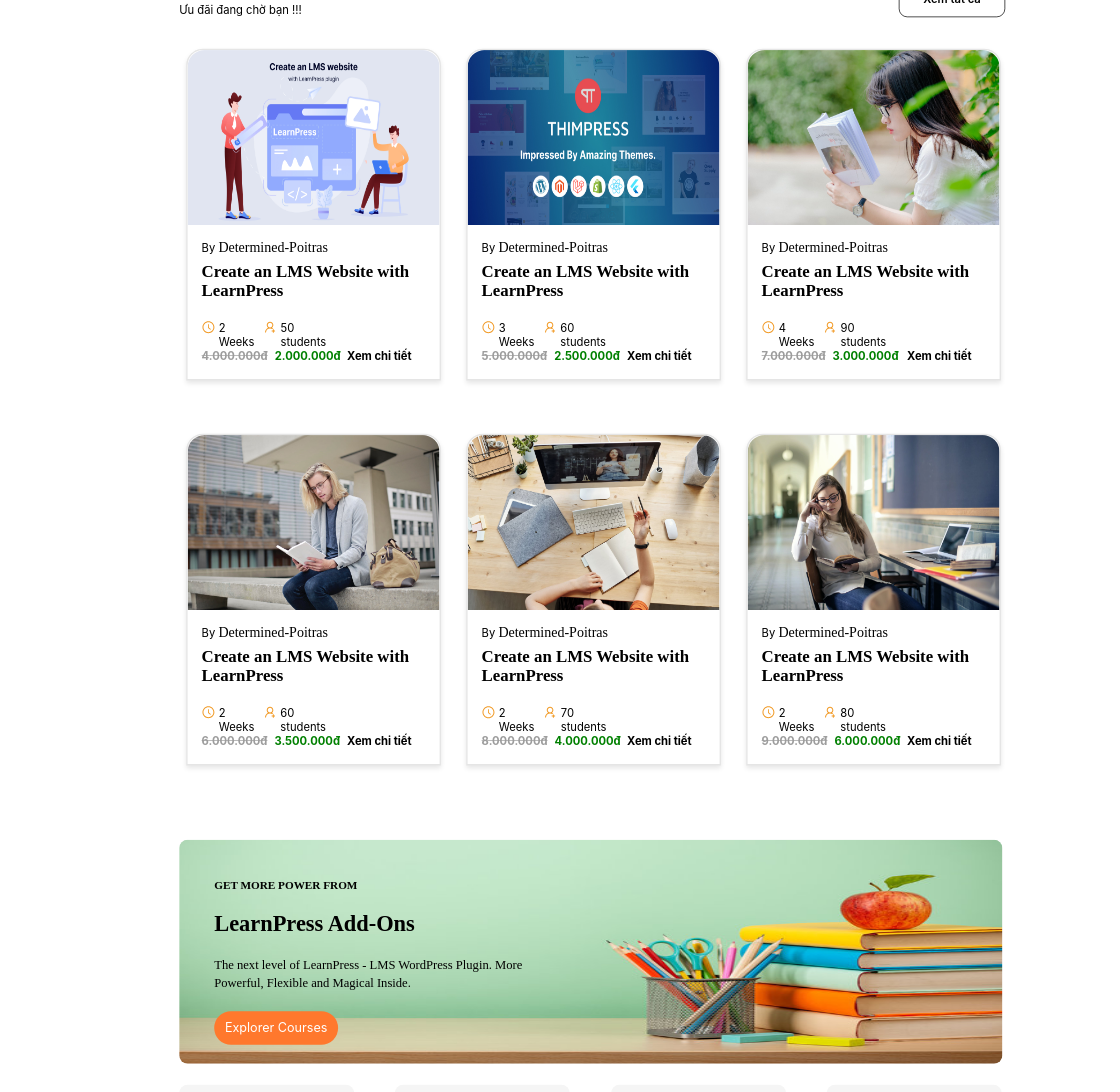
Repository: hieu1802/WebsiteEdupress
Page: / (app in my-app/)
The author's editor kept a copy of each file at every save. The page is drawn from the files as they stood at one save, then again after the next save.
The browser window is 1280 px wide. The page is 1600 px wide, so the pictures cover 1600 px, including what lies to the right of the window. The pictures show the part of the page from y = 1382 to 2942 px (the page is 5841 px tall), at 70% of full size.
The project was rebuilt for these pictures with package versions that can differ from the ones it lists, and the page was loaded fresh each time. Also part of the build but not shown: my-app/src/App.css, my-app/src/Components/Login/Login.css, my-app/src/Components/Modal/Modal.css, my-app/src/Components/Modal/Modal.jsx, my-app/src/Components/Login/Login.jsx, my-app/src/Components/Register/Register.css, my-app/src/Components/Register/Register.jsx, my-app/src/Components/LostPass/LostPass.css and 2 more.

Above is the page before, as saved 2024-08-15 17:06:16.

### my-app/src/App.jsx
import logo from "./logo.svg";
import "./App.css";
import HomePage from "./Components/HomePage/HomePage.jsx";
import { BrowserRouter as Router, Routes, Route } from "react-router-dom";
import Login from "./Components/Login/Login";
import Register from "./Components/Register/Register";
import LostPass from "./Components/LostPass/LostPass";
import CouresPage from "./Components/CouresPage/CouresPage.jsx";

function App() {
  return (
    <>
      <Router>
        <Routes>
          <Route path="/" element={<HomePage />} />
          <Route path="/login" element={<Login />} />
          <Route path="/register" element={<Register />} />
          <Route path="/lostPass" element={<LostPass />} />
          <Route path="/CouresPage" element={<CouresPage />} />
        </Routes>
      </Router>
    </>
  );
}

export default App;

### my-app/src/Components/HomePage/HomePage.jsx
import React from 'react'
import Header from './Header.jsx'
import { ContainerPage } from './ContainerPage.jsx'
import Footer from './Footer.jsx'

function HomePage() {
  return (
    <>
      <Header/>
      <ContainerPage/>
      <Footer/>
    </>
  )
}

export default HomePage

### my-app/src/Components/HomePage/Header.jsx
import React from 'react'
import img01 from '../img/EduPress.png'
import img02 from '../img/img02.jpg'
import img03 from '../img/img03.png'
import './HomePage.css'
import { IoIosSearch } from "react-icons/io";

function Header() {
  return (
    <>
        <div className='Header'>
            <div className='logoHeader'>
                <img src={img01}/>
                <h3>EduPress Academy</h3>
            </div>
            <ul>
                <li>Trang Chủ</li>
                <li>Khóa Học</li>
                <li>Kết Nối</li>
                <li>Đánh giá</li>
                <li>Blog</li>
                <div className='ulInput'>
                    <input placeholder='Tìm Kiếm ...'/>
                    <div className='btnHeader'><IoIosSearch  className='btnIcon'/></div>
                </div>

            </ul>
            <div className='loginHeader'>
                <div><span>Đăng Nhập</span>/<span>Đăng kí</span></div>

            </div>
        </div>
        <div className='posterHeader'>
            <img src={img02}/>
            <div className='posterContent'>
               <div className='posterSologun'>
                  <h1>EduPress Academy</h1>
                  <h2>Website học Online hàng đầu Việt Nam tích hợp đầy đủ mọi thông tin, kiến thức và những kỹ năng để giúp các bạn chinh phục mọi khó khăn một cách hoàn hảo</h2>
                  <div className='btnPoster'>Tìm hiểu ngay </div>
               </div>
               <div className='posterAvatar'>
                  <img src={img03}/>
               </div>
            </div>
        </div>
    </>

  )
}

export default Header

### my-app/src/Components/HomePage/ContainerPage.jsx
import React from "react";
import {
  AiFillRocket,
  AiOutlineUserAdd,
  AiOutlineClockCircle,
  AiFillCheckCircle,
  AiOutlineDoubleLeft,
  AiOutlineDoubleRight,
  AiFillStar,
} from "react-icons/ai";

import img10 from "../img/img10.png";
import img11 from "../img/img11.png";
import img12 from "../img/img12.png";

import { topCourses } from "../data/FeaturedCoursesDaa";
import { topCategories } from "../data/topCategories";

export const ContainerPage = () => {


  return (
    <div className="ContainerPage">
      <div className="categories">
        <div className="textCategories">
          <div className="topCategories">
            <h3>Top Categories</h3>
            <p>Bạn không nên bỏ qua!!!</p>
          </div>
        </div>
        <div className="boxCategories">
          {topCategories.map((items) => (
            <div className="miniBox" key={items.id}>
              <AiFillRocket className="iconBox" />
              <h4>{items.name}</h4>
              <h5>{items.value}</h5>
            </div>
          ))}
        </div>
      </div>
      <div className="courses">
        <div className="textCategories">
          <div className="topCategories">
            <h3>Featured courses</h3>
            <p>Ưu đãi đang chờ bạn !!!</p>
          </div>
          <div className="btnCategories">
            {" "}
            <p>Xem tất cả</p>
          </div>
        </div>
        <div className="boxCourses">
          {topCourses.map((items) => (
            <div className="boxFeaturedCourses" key={items.id}>
              <div className="boxFeaturedCoursesImg">
                <img src={items.img} />
              </div>
              <div className="boxFeaturedCoursesContent">
                <div className="boxFeaturedCoursesContentText">
                  <p>
                    By <span>Determined-Poitras</span>
                  </p>
                  <h4>Create an LMS Website with LearnPress</h4>
                </div>
                <div className="boxFeaturedCoursesContentMeta">
                  <span>
                    <AiOutlineClockCircle
                      style={{
                        fontSize: "20px",
                        marginRight: "5px",
                        color: "rgba(241, 152, 34, 0.979)",
                      }}
                    />
                    {items.time} Weeks
                  </span>
                  <span>
                    <AiOutlineUserAdd
                      style={{
                        fontSize: "20px",
                        marginRight: "5px",
                        color: "rgba(241, 152, 34, 0.979)",
                      }}
                    />{" "}
                    {items.student} students{" "}
                  </span>
                </div>
                <div className="boxFeaturedCoursesContentPrice">
                  <div className="price">
                    <p>{items.price}</p>
                    <span>{items.sale} </span>
                  </div>
                  <b>Xem chi tiết</b>
                </div>
              </div>
            </div>
          ))}
        </div>
      </div>
      <div className="banner">
        <img
          src={img10}
          style={{ width: "98%", height: "100%", borderRadius: "12px" }}
        />
        <div className="bannerContent">
          <h5>GET MORE POWER FROM</h5>
          <h2>LearnPress Add-Ons</h2>
          <p>
            The next level of LearnPress - LMS WordPress Plugin. More Powerful,
            Flexible and Magical Inside.
          </p>
          <div className="btnBanner">Explorer Courses</div>
        </div>
      </div>
      <div className="counterBox">
        <div className="counterBoxContent">
          <h2>25+</h2>
          <a href="#">Active Students</a>
        </div>
        <div className="counterBoxContent">
          <h2>900</h2>
          <a href="#">Total Courses</a>
        </div>
        <div className="counterBoxContent">
          <h2>150</h2>
          <a href="#">Instructors</a>
        </div>
        <div className="counterBoxContent">
          <h2>100%</h2>
          <a href="#">Satisfaction rate</a>
        </div>
      </div>
      <div className="boxConnect">
        <div className="boxConnectImg">
          <img
            src={img11}
            style={{ width: "70%", height: "100%", marginLeft: "80px" }}
          />
        </div>
        <div className="boxConnectContent">
          <div className="boxConnectText">
            <h2> Kết Nối Đa Dạng</h2>
          </div>
          <div className="boxConnectContainer">
            <div className="introduce">
              <p>
                EduPress Academy đã có mặt trên nhiều nền tảng Online khác nhau
                tẩm bảo đa dạng sự chọn bạn. Chọn ngay tại:{" "}
              </p>
            </div>
            <div className="connect">
              <span>
                {" "}
                <AiFillCheckCircle className="connectIcons" />{" "}
                <a href="#">Zoom</a>
              </span>
              <span>
                {" "}
                <AiFillCheckCircle className="connectIcons" />{" "}
                <a href="#">Microsoft Teams.</a>
              </span>
              <span>
                {" "}
                <AiFillCheckCircle className="connectIcons" />{" "}
                <a href="#">Google Classroom.</a>
              </span>
              <span>
                {" "}
                <AiFillCheckCircle className="connectIcons" />{" "}
                <a href="#">Skype</a>
              </span>
              <span>
                {" "}
                <AiFillCheckCircle className="connectIcons" />{" "}
                <a href="#">Youtube</a>
              </span>
              <span>
                {" "}
                <AiFillCheckCircle className="connectIcons" />{" "}
                <a href="#">Vsee</a>
              </span>
            </div>
          </div>
        </div>
      </div>
      <div className="banner">
        <img
          src={img10}
          style={{ width: "98%", height: "100%", borderRadius: "12px" }}
        />
        <div className="bannerContent">
          <h5>GET MORE POWER FROM</h5>
          <h2>LearnPress Add-Ons</h2>
          <p>
            The next level of LearnPress - LMS WordPress Plugin. More Powerful,
            Flexible and Magical Inside.
          </p>
          <div className="btnBanner">Explorer Courses</div>
        </div>
      </div>
      <div className="boxFeedbacks">
        <div className="feedbacksHeading">
          <h2>Student feedbacks</h2>
          <p>
            Lắng nghe đánh giá của học viên sau khi theo học ở EduPress Academy
            nhé !!!
          </p>
        </div>
        <div className="feedbacksHeadingContent">
          <div className="feedbackItems">
            <div className="feedbacksContents">
              <AiOutlineDoubleLeft
                style={{
                  marginBottom: "20px",
                  fontSize: "24px",
                }}
              />
              <div className="feedbacksContentText">
                <p>
                  I must explain to you how all this mistaken . Tdea of
                  denouncing pleasure and praising pain was born and I will give
                  you a complete account of the system and expoun
                </p>
              </div>
              <AiOutlineDoubleRight
                style={{
                  marginLeft: "200px",
                  marginTop: "20px",
                  fontSize: "24px",
                }}
              />
            </div>
            <div className="feedbacksIdName">
              <h4>Roe Smith</h4>
              <p>Designer</p>
            </div>
          </div>
          <div className="feedbackItems">
            <div className="feedbacksContents">
              <AiOutlineDoubleLeft
                style={{
                  marginBottom: "20px",
                  fontSize: "24px",
                }}
              />
              <div className="feedbacksContentText">
                <p>
                  I must explain to you how all this mistaken . Tdea of
                  denouncing pleasure and praising pain was born and I will give
                  you a complete account of the system and expoun
                </p>
              </div>
              <AiOutlineDoubleRight
                style={{
                  marginLeft: "200px",
                  marginTop: "20px",
                  fontSize: "24px",
                }}
              />
            </div>
            <div className="feedbacksIdName">
              <h4>Roe Smith</h4>
              <p>Designer</p>
            </div>
          </div>
          <div className="feedbackItems">
            <div className="feedbacksContents">
              <AiOutlineDoubleLeft
                style={{
                  marginBottom: "20px",
                  fontSize: "24px",
                }}
              />
              <div className="feedbacksContentText">
                <p>
                  I must explain to you how all this mistaken . Tdea of
                  denouncing pleasure and praising pain was born and I will give
                  you a complete account of the system and expoun
                </p>
              </div>
              <AiOutlineDoubleRight
                style={{
                  marginLeft: "200px",
                  marginTop: "20px",
                  fontSize: "24px",
                }}
              />
            </div>
            <div className="feedbacksIdName">
              <h4>Roe Smith</h4>
              <p>Designer</p>
            </div>
          </div>

        </div>
      </div>
      <div className="banner">
        <img
          src={img10}
          style={{ width: "98%", height: "100%", borderRadius: "12px" }}
        />
        <div className="bannerContent">
          <h5>GET MORE POWER FROM</h5>
          <h2>LearnPress Add-Ons</h2>
          <p>
            The next level of LearnPress - LMS WordPress Plugin. More Powerful,
            Flexible and Magical Inside.
          </p>
          <div className="btnBanner">Explorer Courses</div>
        </div>
      </div>
      <div className="articles">
        <div className="articlesHeading">
          <div className="articlesTitle">
            <h2>Các Bài Viết Mới</h2>
            <p>Khám phá các bài viết miễn phí cùng EduPress</p>
          </div>
        </div>
        <div className="articlesContainer">
          <div className="articlesBox">
            <img src={img12} />
            <div className="articlesContent">
              <h4>Best LearnPress WordPress Theme Collection for 2023</h4>
              <span>
                {" "}
                <AiFillStar style={{ color: " #FF782D" }} /> Jan 24, 22023
              </span>
              <p>
                Looking for an amazing & well-functional LearnPress WordPress
                Theme?...
              </p>
            </div>
          </div>
          <div className="articlesBox">
            <img src={img12} />
            <div className="articlesContent">
              <h4>Best LearnPress WordPress Theme Collection for 2023</h4>
              <span>
                {" "}
                <AiFillStar style={{ color: " #FF782D" }} /> Jan 24, 22023
              </span>
              <p>
                Looking for an amazing & well-functional LearnPress WordPress
                Theme?...
              </p>
            </div>
          </div>
          <div className="articlesBox">
            <img src={img12} />
            <div className="articlesContent">
              <h4>Best LearnPress WordPress Theme Collection for 2023</h4>
              <span>
                {" "}
                <AiFillStar style={{ color: " #FF782D" }} /> Jan 24, 22023
              </span>
              <p>
                Looking for an amazing & well-functional LearnPress WordPress
                Theme?...
              </p>
            </div>
          </div>
        </div>
      </div>
    </div>
  );
};

### my-app/src/Components/data/FeaturedCoursesDaa.jsx
import img04 from "../img/img04.png";
import img05 from "../img/img05.png";
import img06 from "../img/img06.png";
import img07 from "../img/img07.png";
import img08 from "../img/img08.png";
import img09 from "../img/img09.png";

const topCourses = [
    {
      id: 1,
      img: img04,
      time:'2',
      student:'50',
      price:'4.000.000đ',
      sale:'2.000.000đ'
    },
    {
      id: 2,
      img: img05,
      time:'3',
      student:'60',
      price:'5.000.000đ',
      sale:'2.500.000đ'
    },
    {
      id: 3,
      img: img06,
      time:'4',
      student:'90',
      price:'7.000.000đ',
      sale:'3.000.000đ'
    },
    {
      id: 4,
      img: img07,
      time:'2',
      student:'60',
      price:'6.000.000đ',
      sale:'3.500.000đ'
    },
    {
      id: 5,
      img: img08,
      time:'2',
      student:'70',
      price:'8.000.000đ',
      sale:'4.000.000đ'
    },
    {
      id: 6,
      img: img09,
      time:'2',
      student:'80',
      price:'9.000.000đ',
      sale:'6.000.000đ'
    },
  ];

  export {topCourses}

### my-app/src/Components/data/topCategories.jsx
const topCategories = [
    {
      id: 1,
      name: "Art & Design",
      value:'48K'
    },
    {
      id: 2,
      name: "Accountant",
      value:'32K'
    },
    {
      id: 3,
      name: "Auditor",
      value:'56K'
    },
    {
      id: 4,
      name: "Greengrocer",
      value:'85K'
    },
    {
      id: 5,
      name: "Journalist",
      value:'88K'
    },
    {
      id: 6,
      name: "Plumber",
      value:'56K'
    },
    {
      id: 7,
      name: "Sea captain",
      value:'99K'
    },
    {
      id: 8,
      name: "Translator",
      value:'66K'
    },
    {
      id: 9,
      name: "Office worker",
      value:'77K'
    },
    {
      id: 10,
      name: "IT",
      value:'55K'
    },
  ];

  export {topCategories}

Loaded but not shown: my-app/public/index.html (common file); my-app/src/index.js (common file); my-app/src/index.css (common file); my-app/src/reportWebVitals.js (common file); my-app/src/Components/HomePage/HomePage.css (806 lines, source omitted); my-app/src/Components/HomePage/Footer.jsx (38 lines, source omitted)

After the next save:
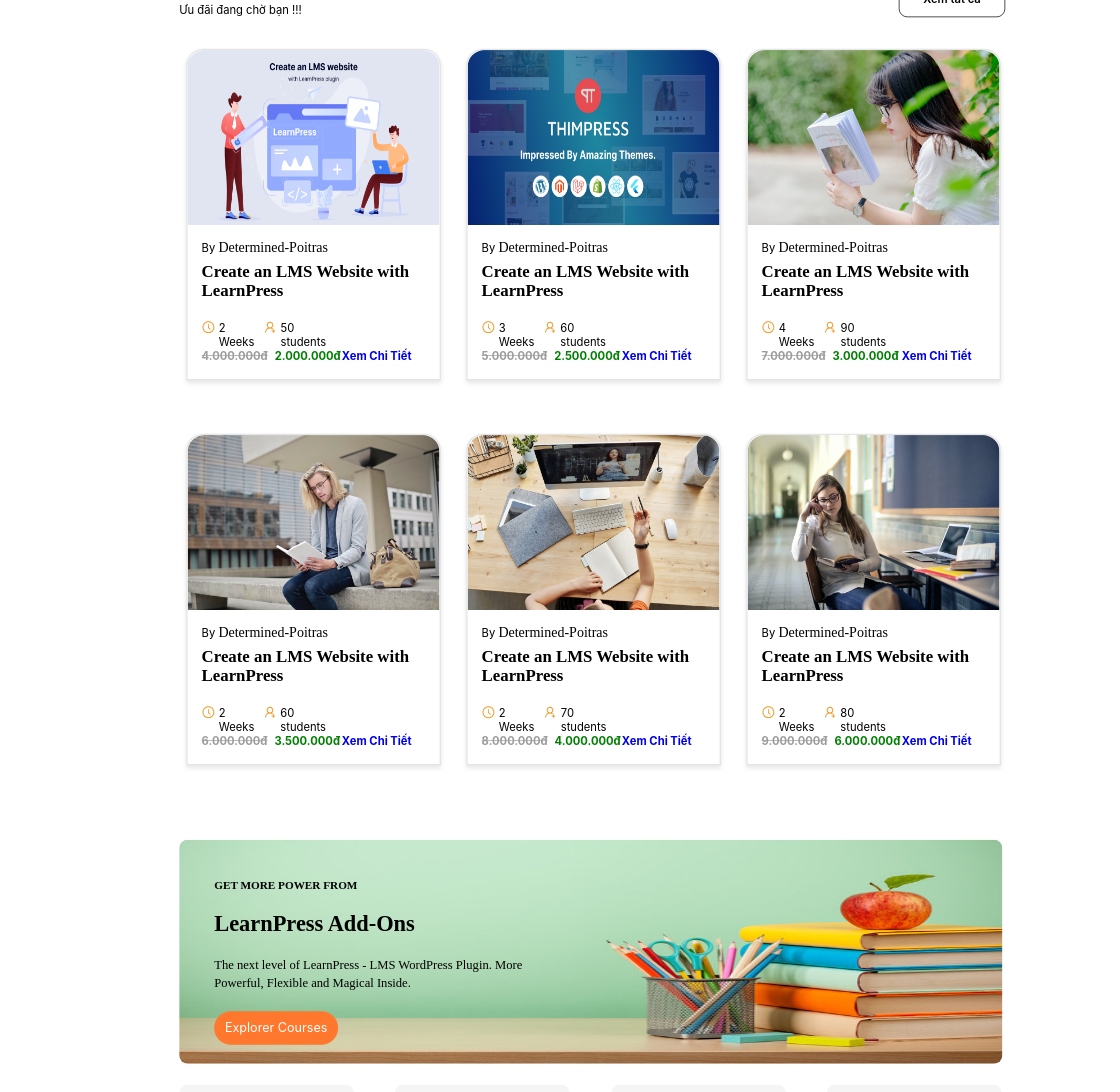
Saved 85 s later.
--- a/my-app/src/Components/HomePage/ContainerPage.jsx
+++ b/my-app/src/Components/HomePage/ContainerPage.jsx
@@ -15,6 +15,7 @@
 
 import { topCourses } from "../data/FeaturedCoursesDaa";
 import { topCategories } from "../data/topCategories";
+import { Link } from "react-router-dom";
 
 export const ContainerPage = () => {
 
@@ -89,7 +90,9 @@
                     <p>{items.price}</p>
                     <span>{items.sale} </span>
                   </div>
-                  <b>Xem chi tiết</b>
+                  <Link to="/CouresPage">
+                    <b>Xem Chi Tiết</b>
+                  </Link>
                 </div>
               </div>
             </div>

After the save that followed:
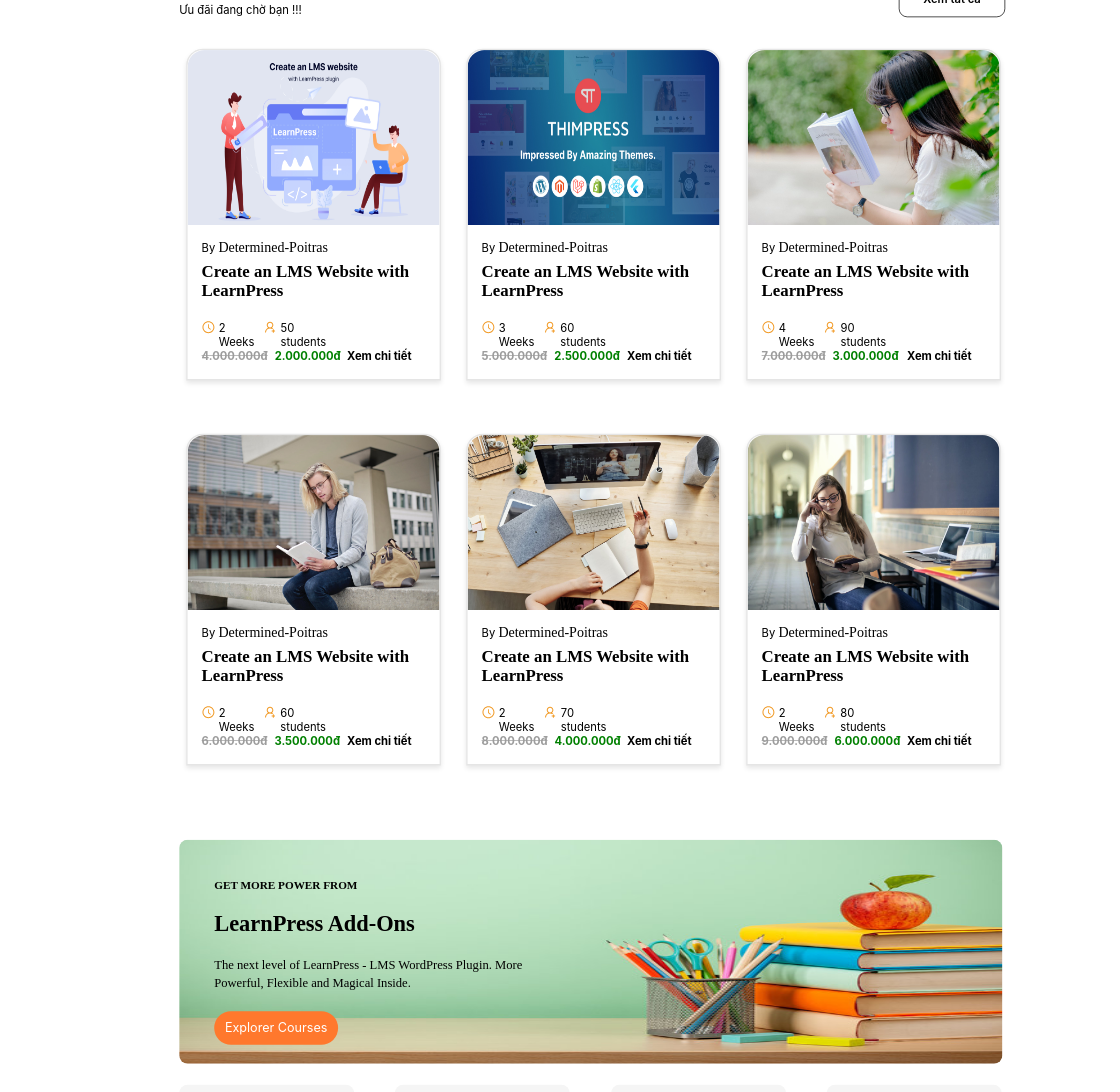
Saved 2 min 9 s later.
--- a/my-app/src/Components/HomePage/ContainerPage.jsx
+++ b/my-app/src/Components/HomePage/ContainerPage.jsx
@@ -15,7 +15,6 @@
 
 import { topCourses } from "../data/FeaturedCoursesDaa";
 import { topCategories } from "../data/topCategories";
-import { Link } from "react-router-dom";
 
 export const ContainerPage = () => {
 
@@ -90,9 +89,7 @@
                     <p>{items.price}</p>
                     <span>{items.sale} </span>
                   </div>
-                  <Link to="/CouresPage">
-                    <b>Xem Chi Tiết</b>
-                  </Link>
+                  <b>Xem chi tiết</b>
                 </div>
               </div>
             </div>
